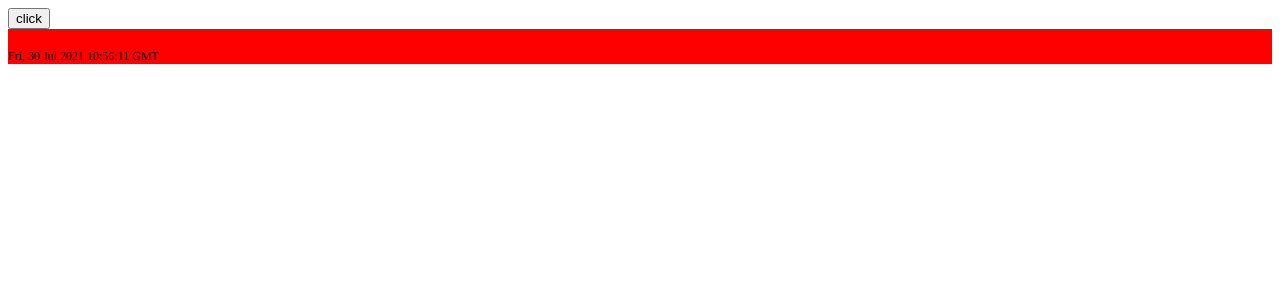
Repository: 572031690/newvue
Page: 学习demo/test.html
An editor plug-in stored every save of this project. The page is shown before and after the next save, followed by the edit.
The browser window is 1280 px wide. The pictures show the whole page.

Above is the page before, as saved 2021-08-10 16:10:41.

After the next save:
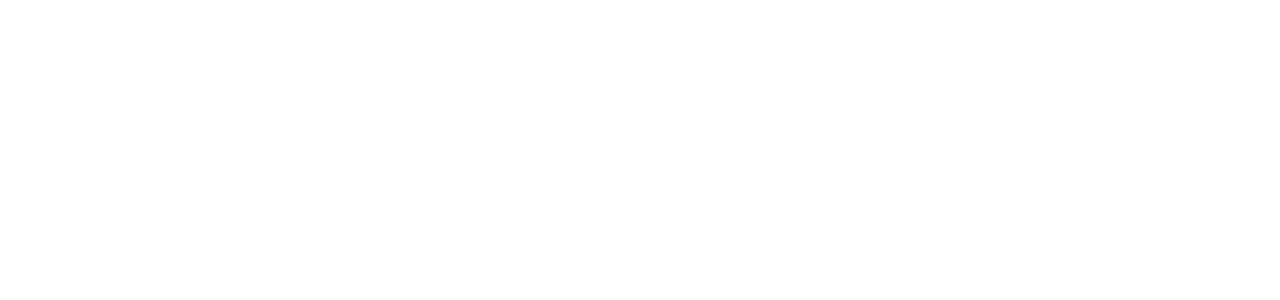
Saved 82 s later.
--- a/学习demo/test.html
+++ b/学习demo/test.html
@@ -45,7 +45,7 @@
 
                     },
                     getData() {
-                      const unixTimeZero = new Date().toUTCString()
+                      const unixTimeZero = new Date().now()
                       let CurrentDate = new Date()
                       return unixTimeZero
                     }

After the 2 saves that followed:
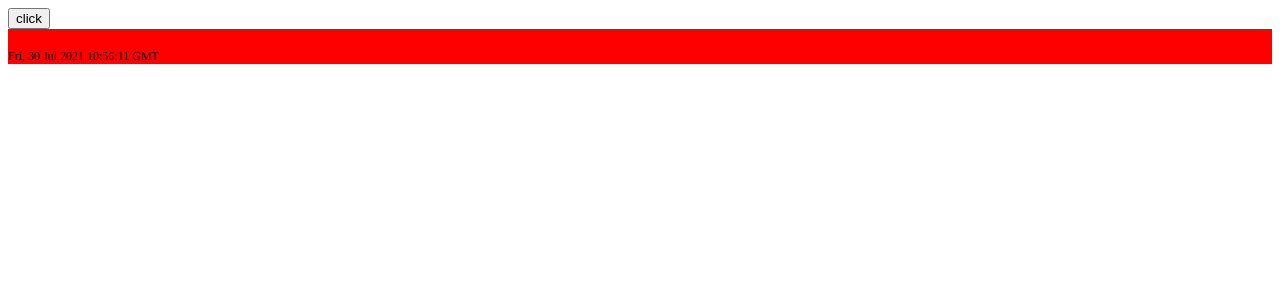
The 2 saves are shown as one change because 1 left the picture as it was.
The last was saved 16 s later.
--- a/学习demo/test.html
+++ b/学习demo/test.html
@@ -45,7 +45,7 @@
 
                     },
                     getData() {
-                      const unixTimeZero = new Date().now()
+                      const unixTimeZero = new Date().toUTCString()
                       let CurrentDate = new Date()
                       return unixTimeZero
                     }
